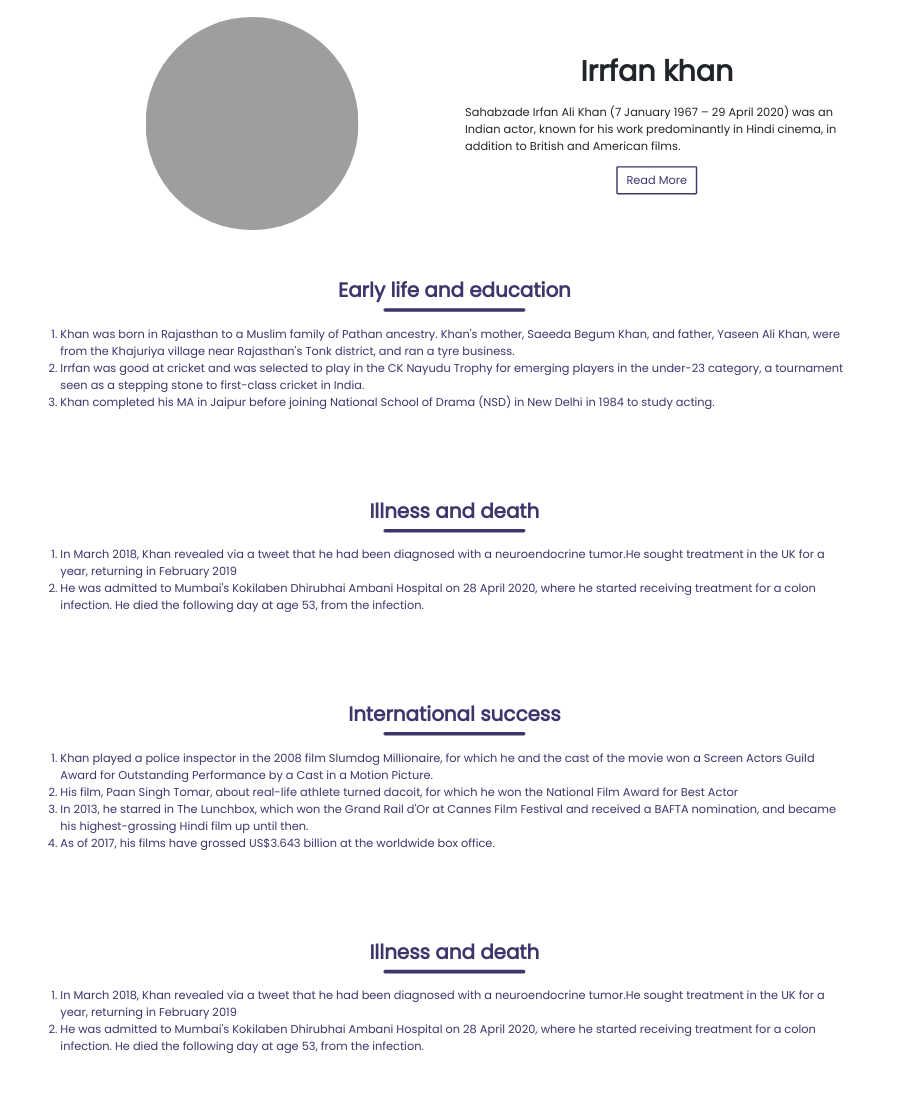
Repository: Mayur2905/OIBSIP
Page: Task-5/index.html
An editor plug-in stored every save of this project. The page is shown before and after the next save, followed by the edit.
The browser window is 1280 px wide. The pictures show the whole page, at 71% of full size.
Pictures or frames that could not be fetched are drawn as grey boxes.

Above is the page before, as saved 2022-02-04 14:57:17.

After the next save:
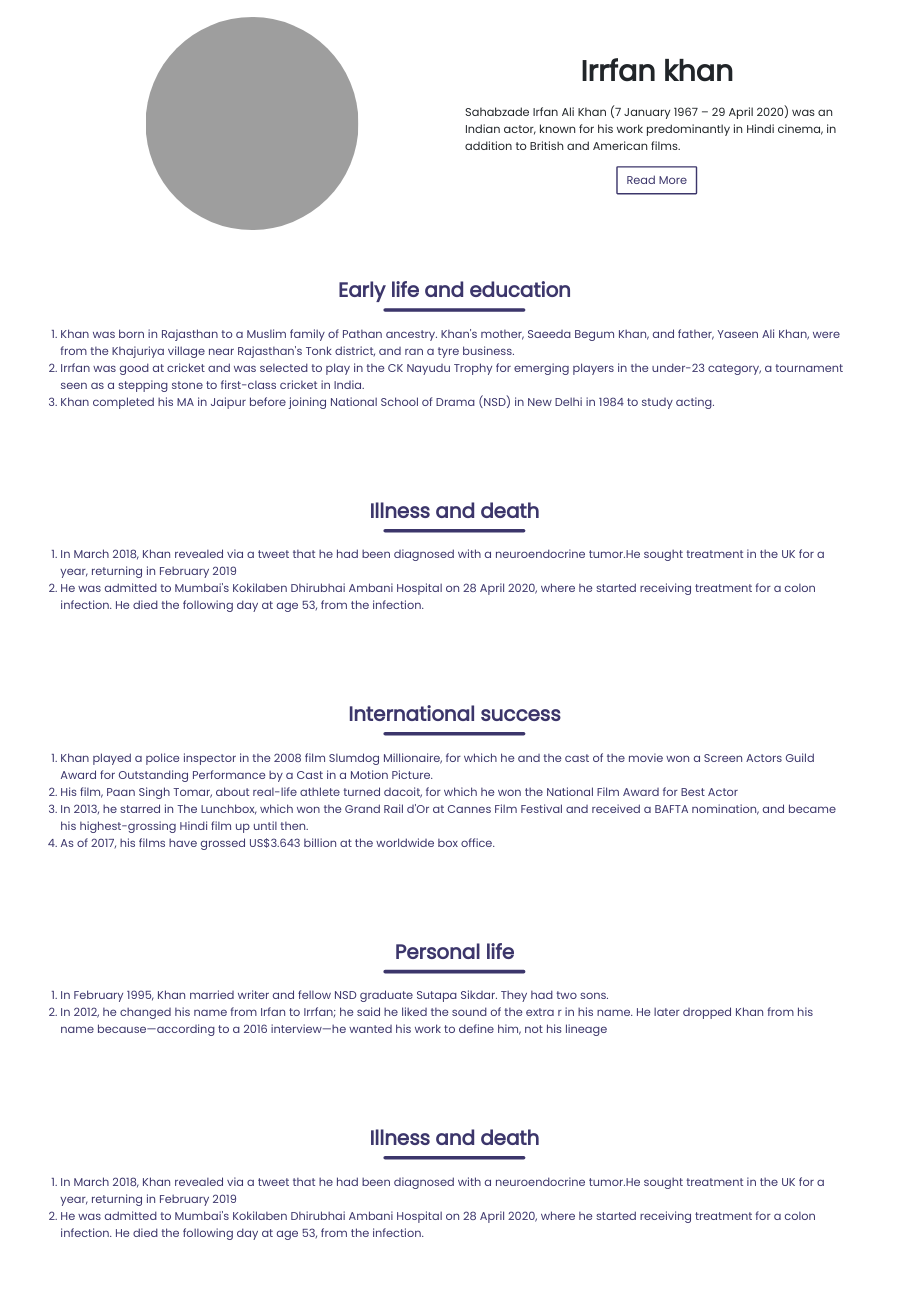
Saved 106 s later.
--- a/Task-5/index.html
+++ b/Task-5/index.html
@@ -74,6 +74,17 @@
     <section id="life">
         <div class="container">
             <h3 class="title text-center font-weight-bold">
+                Personal life
+            </h3>
+            <ol class="py-4">
+                    <li> In February 1995, Khan married writer and fellow NSD graduate Sutapa Sikdar. They had two sons.</li>
+                    <li>In 2012, he changed his name from Irfan to Irrfan; he said he liked the sound of the extra r in his name. He later dropped Khan from his name because—according to a 2016 interview—he wanted his work to define him, not his lineage </li>
+            </ol>
+        </div>
+    </section>
+    <section id="life">
+        <div class="container">
+            <h3 class="title text-center font-weight-bold">
                 Illness and death
             </h3>
             <ol class="py-4">
